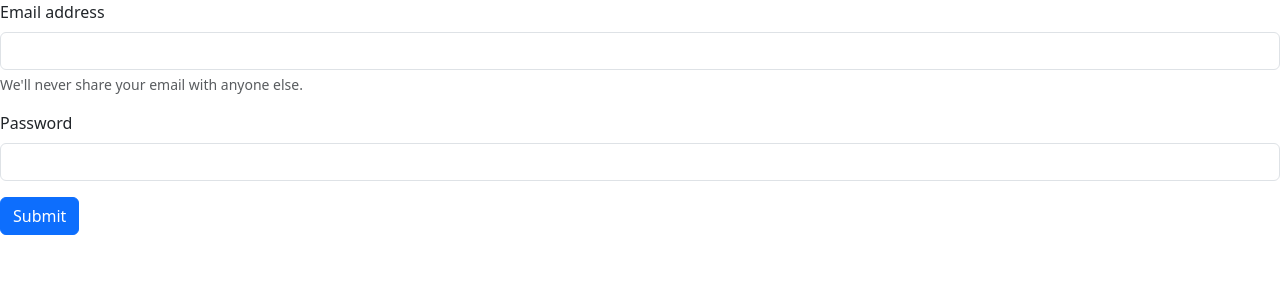
Repository: sarathraj2002/todo-list
Page: index.html
These files come from the project's save history. The page is drawn as it stood at one moment and after the next save; the edit follows.
The browser window is 1280 px wide. The pictures show the whole page.

Above is the page before, as saved 2024-09-05 09:48:01.

After the next save:
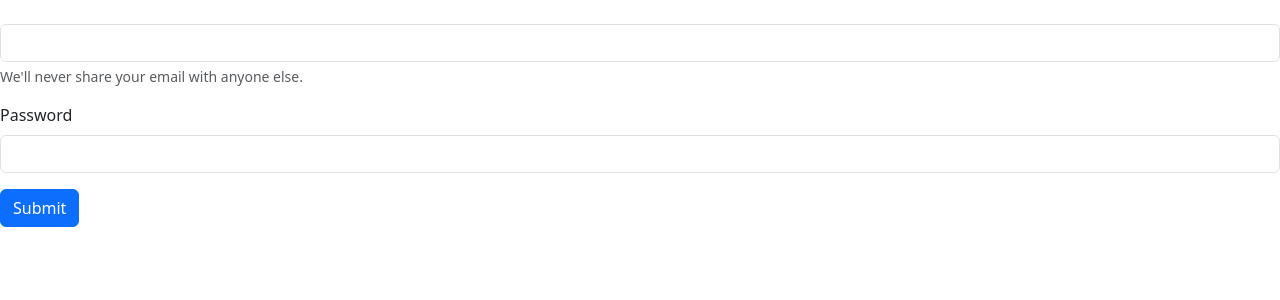
Saved 6 s later.
--- a/index.html
+++ b/index.html
@@ -10,7 +10,7 @@
 <body>
     <form>
         <div class="mb-3">
-          <label for="exampleInputEmail1" class="form-label">Email address</label>
+          <label for="exampleInputEmail1" class="form-label"></label>
           <input type="email" class="form-control" id="exampleInputEmail1" aria-describedby="emailHelp">
           <div id="emailHelp" class="form-text">We'll never share your email with anyone else.</div>
         </div>

After the save that followed:
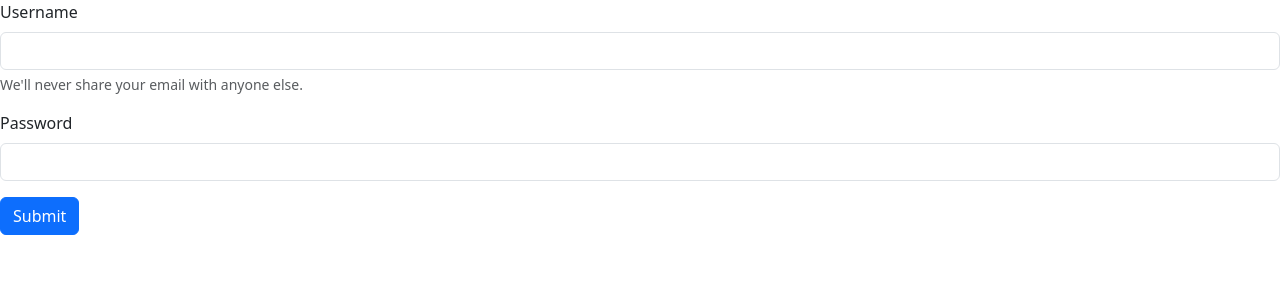
Saved 4 s later.
--- a/index.html
+++ b/index.html
@@ -10,7 +10,7 @@
 <body>
     <form>
         <div class="mb-3">
-          <label for="exampleInputEmail1" class="form-label"></label>
+          <label for="exampleInputEmail1" class="form-label">Username</label>
           <input type="email" class="form-control" id="exampleInputEmail1" aria-describedby="emailHelp">
           <div id="emailHelp" class="form-text">We'll never share your email with anyone else.</div>
         </div>
